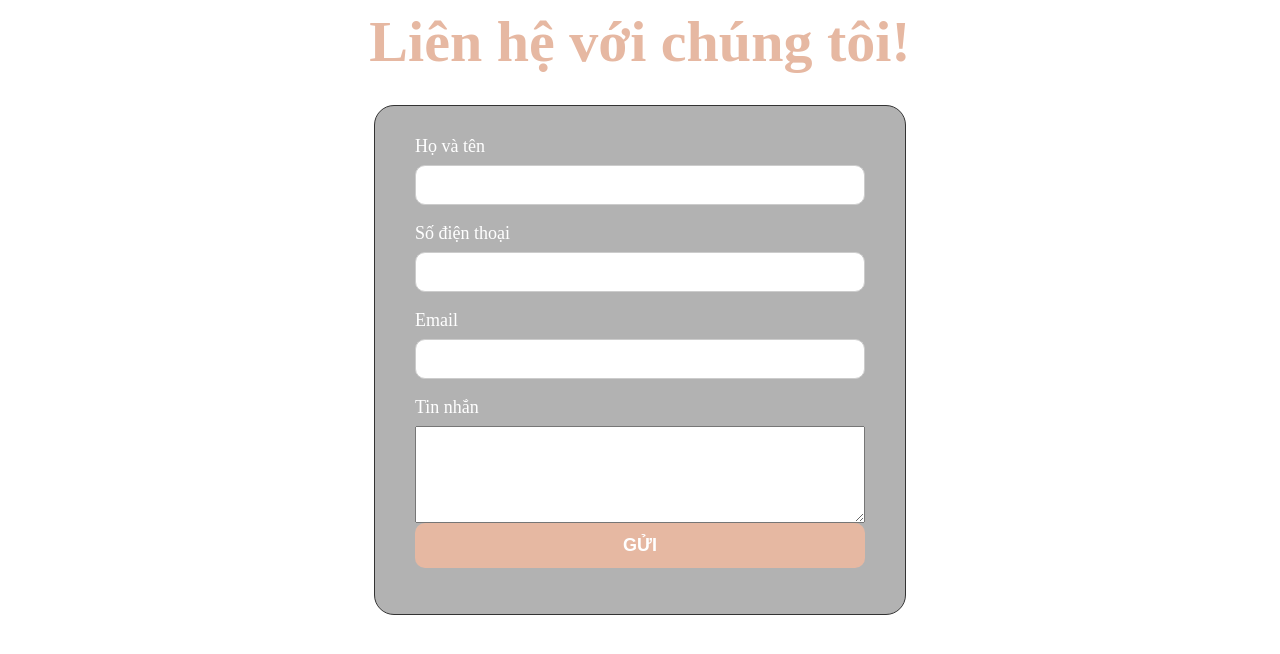
Repository: mingbeo100-boop/website_bancheonline
Page: http://localhost/pages/lienhe.php
An editor plug-in stored every save of this project. The page is shown before and after a run of saves, followed by the edit.
The browser window is 1280 px wide. The pictures show the whole page.
The page is run by PHP 8.4 with error messages shown; the project is at /var/www/html/.

Above is the page before, as saved 2025-11-27 16:28:34.

### pages/lienhe.php
<style>
    h1 {
        font-family: 'Dancing Script', cursive;
        color: #E6B8A2;
        font-size: 58px;
        text-align: center;
        margin-bottom: 30px;
    }

    .decor-form {
        background: rgba(0, 0, 0, 0.3);
        padding: 30px 40px;
        border-radius: 20px;
        max-width: 450px;
        margin: auto;
        border: 1px solid #333;
        backdrop-filter: blur(3px);
    }

    label {
        color: white;
        font-size: 18px;
        margin-bottom: 8px;
        display: block;
    }

    input {
        width: 100%;
        padding: 10px 12px;
        margin-bottom: 18px;
        border-radius: 10px;
        border: 1px solid #ccc;
        font-size: 16px;
        outline: none;
    }

    input:focus {
        border-color: #E6B8A2;
        box-shadow: 0 0 5px #E6B8A2;
    }

    button {
        width: 100%;
        padding: 12px;
        background-color: #E6B8A2;
        color: white;
        border: none;
        font-size: 18px;
        font-weight: bold;
        border-radius: 10px;
        cursor: pointer;
        transition: 0.3s;
    }

    button:hover {
        background-color: #d9a48f;
    }

    textarea {
        width: 100%;
        padding: 10px 12px;
    }
</style>

<h1 class="text-center my-4 p-3">Liên hệ với chúng tôi!</h1>

<div class="decor-form">
    <form>
        <label>Họ và tên</label>
        <input type="text" name="name" required>

        <label>Số điện thoại</label>
        <input type="tel" name="number" required>

        <label>Email</label>
        <input type="email" name="email" required>

        <label>Tin nhắn</label>
        <textarea name="message" rows="5"></textarea>

        <button type="submit">GỬI</button>
    </form>
</div>

After the next 2 saves:
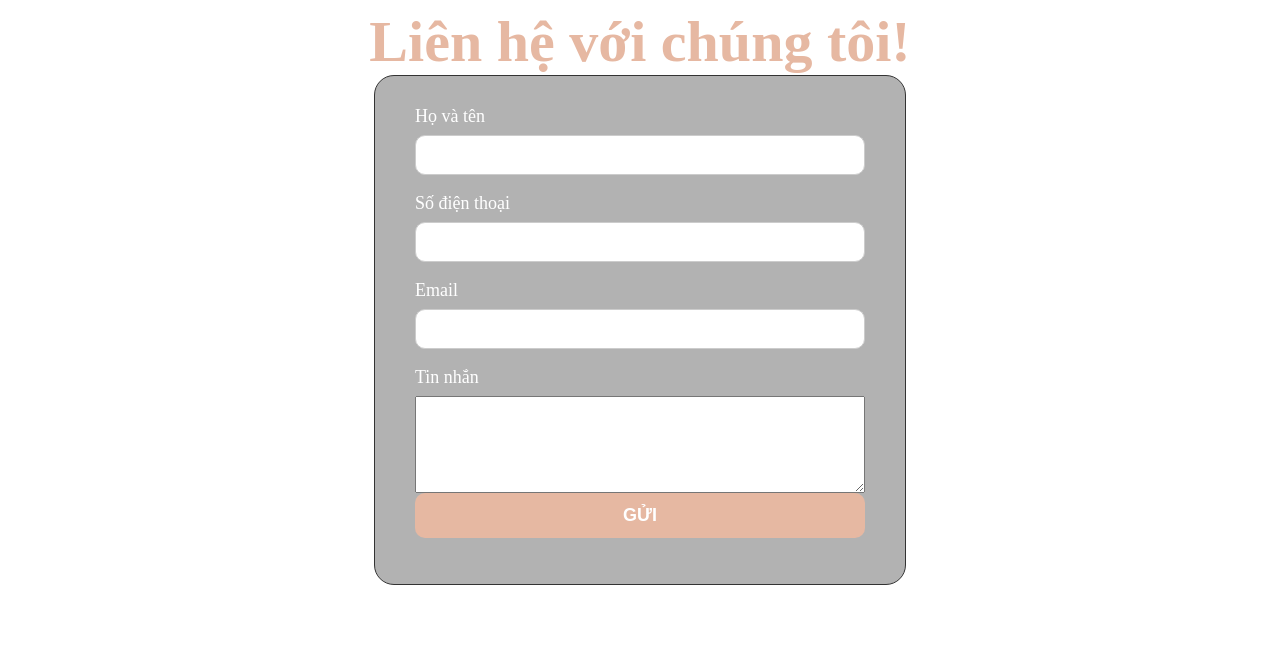
The 2 saves are shown as one change because they came seconds apart.
The last was saved 43 s later.
--- a/pages/lienhe.php
+++ b/pages/lienhe.php
@@ -5,6 +5,8 @@
         font-size: 58px;
         text-align: center;
         margin-bottom: 30px;
+        width: fit-content;
+        margin: auto;
     }
 
     .decor-form {
